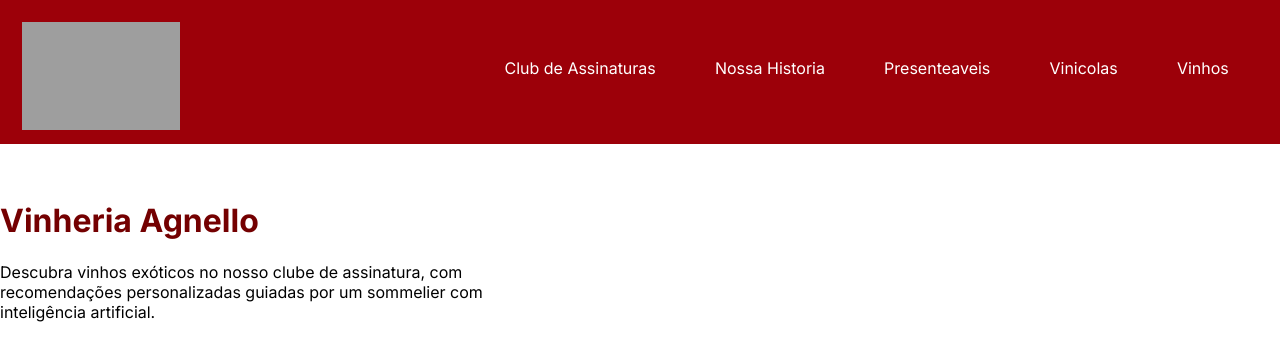
Repository: AbnerSLandim/vinheriaAgnello
Page: http://localhost/vinheriaAgnello/
These files come from the project's save history. The page is drawn as it stood at one moment and after the next save; the edit follows.
The browser window is 1280 px wide. The pictures show the whole page.
Pictures or frames that could not be fetched are drawn as grey boxes. The page is served by Tomcat 10.

Above is the page before, as saved 2025-04-09 18:02:53.

After the next save:
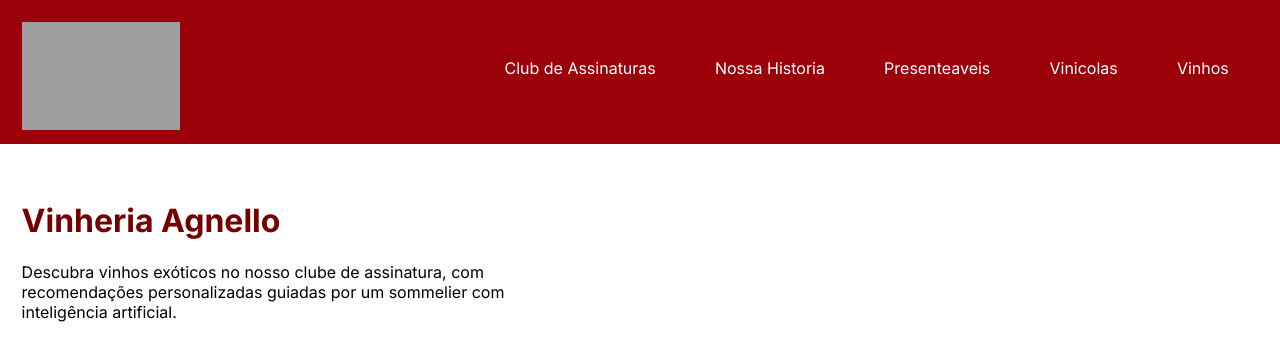
Saved 15 s later.
--- a/vinheriaAgnello/WebContent/content/style.css
+++ b/vinheriaAgnello/WebContent/content/style.css
@@ -46,6 +46,7 @@
 
 .apresentação{
 	padding-top: 5vh;
+	padding-left: 3vh;
 	width: 75vh;
 }
 
